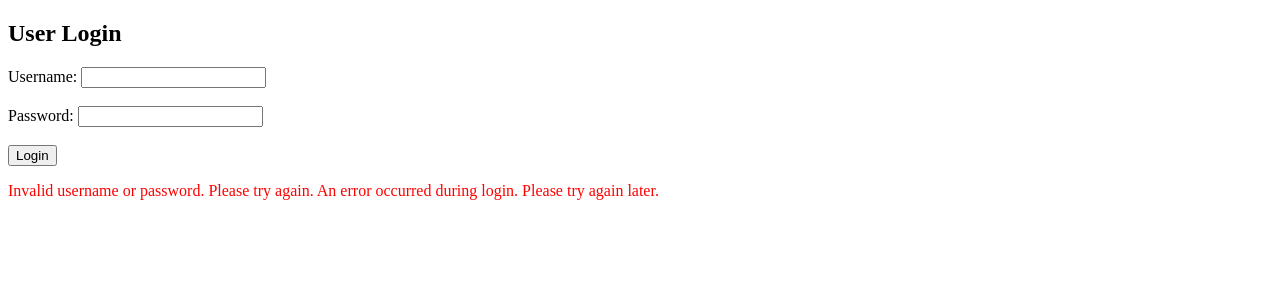
Repository: ABKADRI-AMINE/JAVA-EE
Page: http://localhost/todotp/login.jsp
These files come from the project's save history. The page is drawn as it stood at one moment and after the next save; the edit follows.
The browser window is 1280 px wide. The pictures show the whole page.
The page is served by Tomcat 9. Other server files are loaded and not shown.

Above is the page before, as saved 2023-09-26 16:07:28.

### todotp/src/main/webapp/login.jsp
<%@ page language="java" contentType="text/html; charset=UTF-8" pageEncoding="UTF-8"%>
<!DOCTYPE html>
<html>
<head>
    <title>User Login</title>
</head>
<body>
    <h2>User Login</h2>
    <form action="login" method="post">
        <label for="username">Username:</label>
        <input type="text" id="username" name="username" required><br><br>

        <label for="password">Password:</label>
        <input type="password" id="password" name="password" required><br><br>

        <input type="submit" value="Login">
    </form>

    <!-- Display error message if login fails -->
    <c:if test="${not empty param.error}">
        <p style="color: red;">
            <c:choose>
                <c:when test="${param.error == 'invalid'}">
                    Invalid username or password. Please try again.
                </c:when>
                <!-- Ajoutez d'autres messages d'erreur personnalisés si nécessaire -->
                <c:otherwise>
                    An error occurred during login. Please try again later.
                </c:otherwise>
            </c:choose>
        </p>
    </c:if>
</body>
</html>

After the next save:
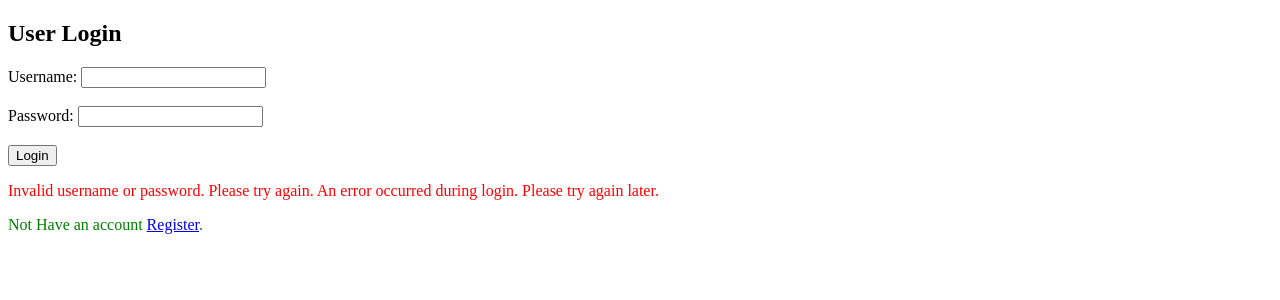
Saved 38 s later.
--- a/todotp/src/main/webapp/login.jsp
+++ b/todotp/src/main/webapp/login.jsp
@@ -30,5 +30,6 @@
             </c:choose>
         </p>
     </c:if>
+    <p style="color: green;">Not Have an account <a href="register.jsp">Register</a>.</p>
 </body>
 </html>
